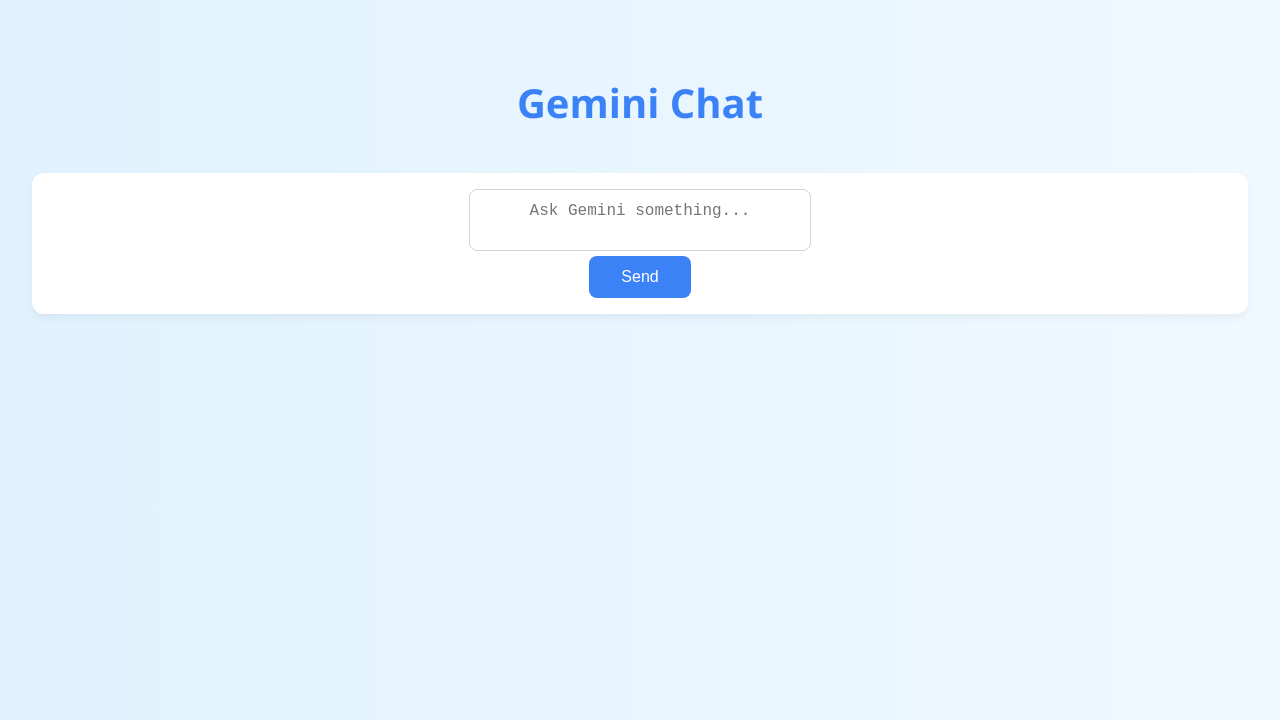
Repository: VanshJaggi12/chatbot1
Page: /
The author's editor kept a copy of each file at every save. The page is drawn from the files as they stood at one save, then again after a run of saves.
The browser window is 1280 px wide. The pictures show the whole page.
The project was rebuilt for these pictures with package versions that can differ from the ones it lists, and the page was loaded fresh each time. Also part of the build but not shown: vite.config.js.

Above is the page before, as saved 2025-07-08 18:56:34.

After the next 2 saves:
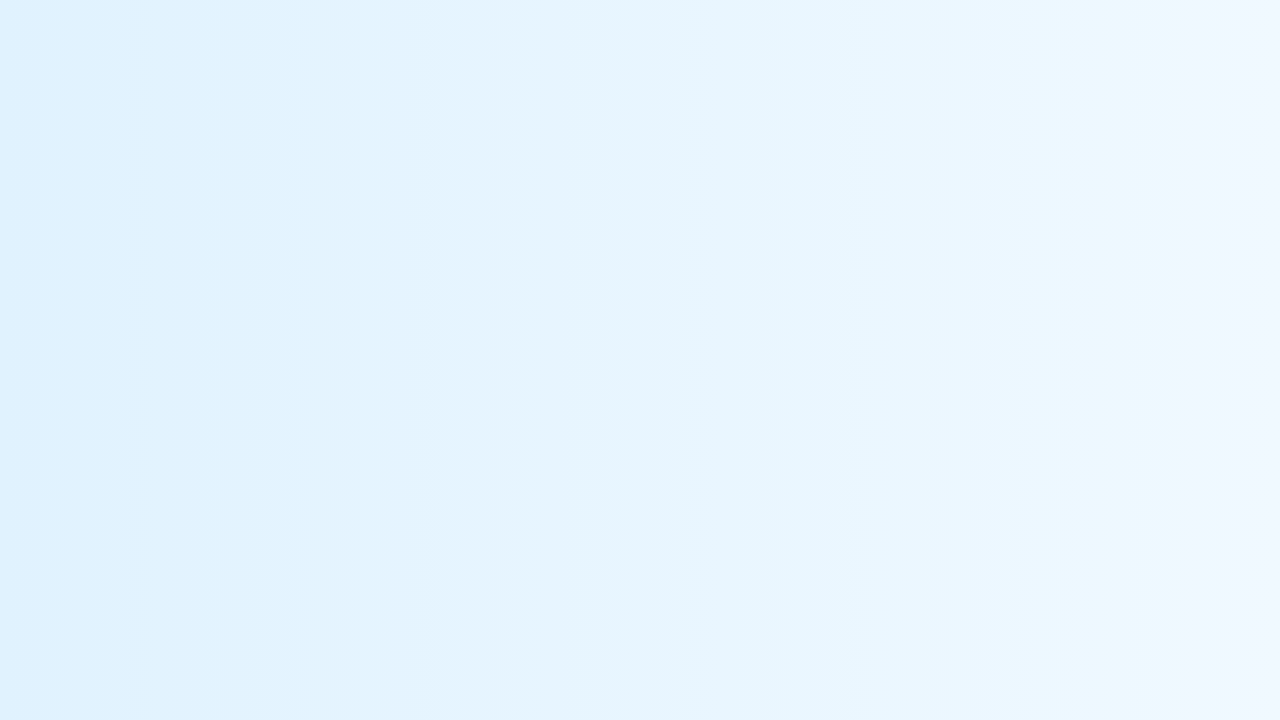
Console error: ReferenceError: Button is not defined
The 2 saves are shown as one change because they came seconds apart.
The last was saved 86 s later.
--- a/src/main.jsx
+++ b/src/main.jsx
@@ -3,11 +3,9 @@
 import './index.css'
 import App from './App.jsx'
 
-import '@fontsource/roboto/300.css';
-import '@fontsource/roboto/400.css';
-import '@fontsource/roboto/500.css';
-import '@fontsource/roboto/700.css';
-
+<Button variant="contained" endIcon={<SendIcon />}>
+  Send
+</Button>
 
 createRoot(document.getElementById('root')).render(
   <StrictMode>
